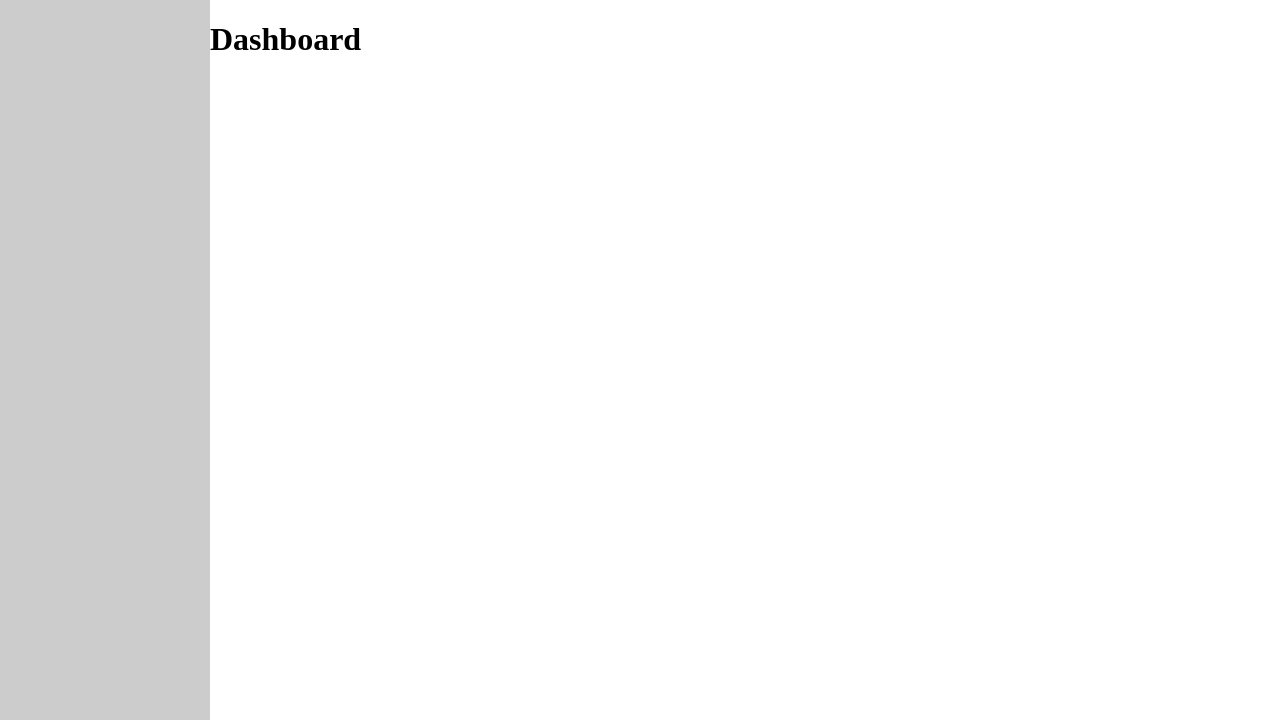
Repository: itmier/tmier-easy-demo
Page: /#/dashboard
These files come from the project's save history. The page is drawn as it stood at one moment and after a run of saves; the edit follows.
The browser window is 1280 px wide. The pictures show the whole page.
The project was rebuilt for these pictures with package versions that can differ from the ones it lists, and the page was loaded fresh each time. Also part of the build but not shown: vue.config.js, src/utils/request.js, src/api/user.js, src/views/login/index.vue, src/layout/components/SideBar.vue, src/layout/components/AppMain.vue, src/layout/components/NavHeader.vue.

Above is the page before, as saved 2020-08-06 14:19:49.

### src/main.js
/*
 * @Author: Tmier
 * @Date: 2020-08-05 15:00:55
 * @LastEditTime: 2020-08-06 09:07:47
 * @Description:
 */
import Vue from 'vue'
import App from './App.vue'
import router from './router'
import store from './store'
import '@/plugins'

Vue.config.productionTip = false

new Vue({
  router,
  store,
  render: h => h(App)
}).$mount('#app')

### src/App.vue
<!--
 * @Author: Tmier
 * @Date: 2020-08-05 15:00:55
 * @LastEditTime: 2020-08-06 09:53:09
 * @Description:
-->
<template>
  <div id="app">
    <router-view/>
  </div>
</template>

<style lang="less">
</style>

### src/router/index.js
/*
 * @Author: Tmier
 * @Date: 2020-08-05 15:00:55
 * @LastEditTime: 2020-08-06 14:16:02
 * @Description:
 */
import Vue from 'vue'
import VueRouter from 'vue-router'
import Login from '@/views/login'
import Dashboard from '@/views/dashboard'
import Layout from '@/layout'

Vue.use(VueRouter)

const routes = [
  {
    path: '/login',
    name: 'login',
    component: Login,
  },
  {
    path: '/',
    name: 'layout',
    redirect: {
      name: 'login'
    },
    component: Layout,
    children: [{
      path: 'dashboard',
      name: 'dashboard',
      component: Dashboard

    }]
  }
]

const router = new VueRouter({
  routes
})

export default router

### src/plugins/index.js
/*
 * @Author: Tmier
 * @Date: 2020-08-06 09:04:55
 * @LastEditTime: 2020-08-06 10:50:44
 * @Description:
 */
//  默认核心
import Vue from "vue"; //Vue引入
// UI
import ElementUI from 'element-ui';
import {Message} from 'element-ui'
// CSS
import 'element-ui/lib/theme-chalk/index.css';
import 'normalize.css/normalize.css'
import 'assets/css/reset.css'
// 注册使用
Vue.use(ElementUI);

// 继承使用
Vue.prototype.$message = Message

### src/views/dashboard/index.vue
<!--
 * @Author: Tmier
 * @Date: 2020-08-05 15:48:08
 * @LastEditTime: 2020-08-05 15:48:34
 * @Description:
-->
<template>
  <div class>
    <h1>Dashboard</h1>
  </div>
</template>

<script>
//import x from ''
export default {
  components: {},
  data() {
    return {};
  },
  computed: {},
  methods: {},
};
</script>

<style lang='less' scoped>
//@import url()
</style>

### src/layout/index.vue
<!--
 * @Author: Tmier
 * @Date: 2020-08-06 11:40:36
 * @LastEditTime: 2020-08-06 14:19:49
 * @Description:
-->
<template>
  <div class="layout">
    <div class="layout-sliderbar">

    </div>
    <router-view />
  </div>
</template>

<script>
//import x from ''
import SideBar from "@/layout/components/SideBar";
import AppMain from "@/layout/components/AppMain";
import NavHeader from "@/layout/components/NavHeader";
export default {
  name: "layout",
  components: {
    SideBar,
    AppMain,
    NavHeader,
  },
  data() {
    return {};
  },
  computed: {},
  methods: {},
};
</script>

<style lang='less' scoped>
//@import url()
.layout {
  height: 100%;
  display: flex;

  .layout-sliderbar {
    height: 100%;
    width: 210px;
    background: #ccc;
  }
}
</style>

### src/assets/css/reset.css
#app {
    height: 100%;
}

body {
    height: 100%;
}

html {
    height: 100%;
    box-sizing: border-box;
}

Loaded but not shown: public/index.html (common file); src/store/index.js (common file)

After the next 2 saves:
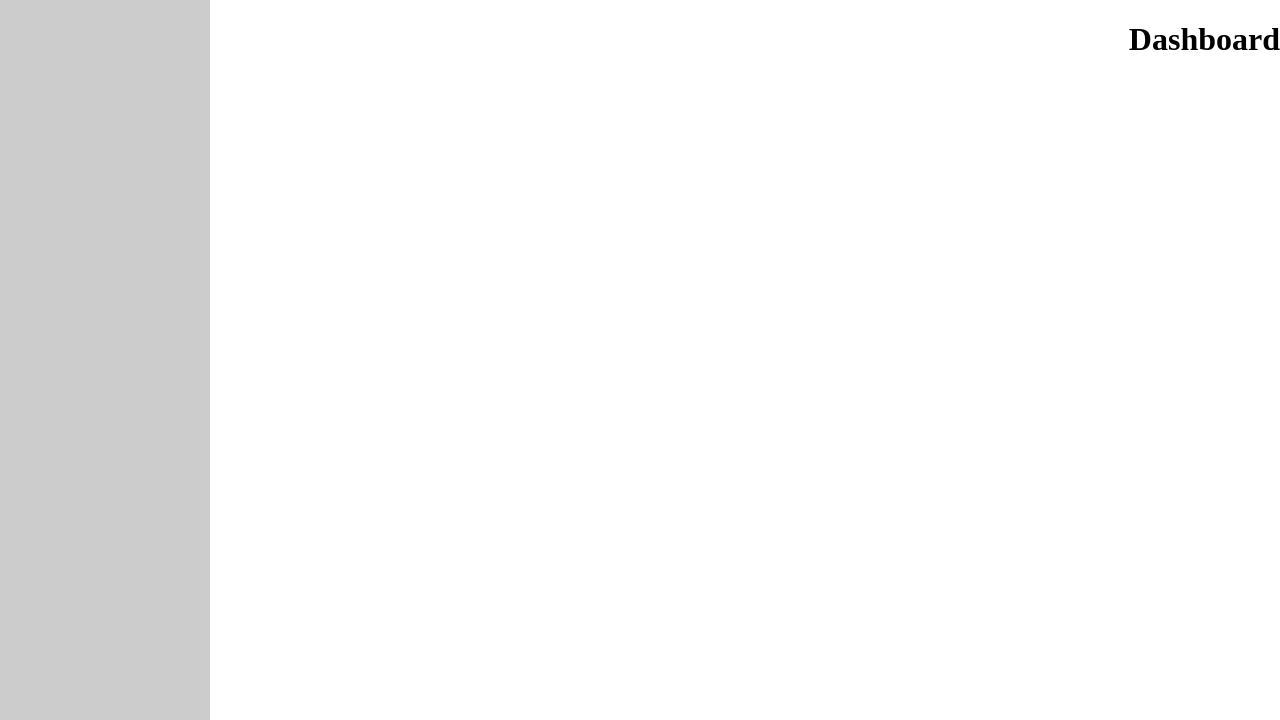
The 2 saves are shown as one change because they came seconds apart.
The last was saved 73 s later.
--- a/src/layout/index.vue
+++ b/src/layout/index.vue
@@ -1,12 +1,14 @@
 <!--
  * @Author: Tmier
  * @Date: 2020-08-06 11:40:36
- * @LastEditTime: 2020-08-06 14:19:49
+ * @LastEditTime: 2020-08-06 14:21:01
  * @Description:
 -->
 <template>
   <div class="layout">
     <div class="layout-sliderbar">
+    </div>
+    <div class="layout-container">
 
     </div>
     <router-view />
@@ -44,5 +46,8 @@
     width: 210px;
     background: #ccc;
   }
+  .layout-container {
+    flex:1;
+  }
 }
 </style>

After the save that followed:
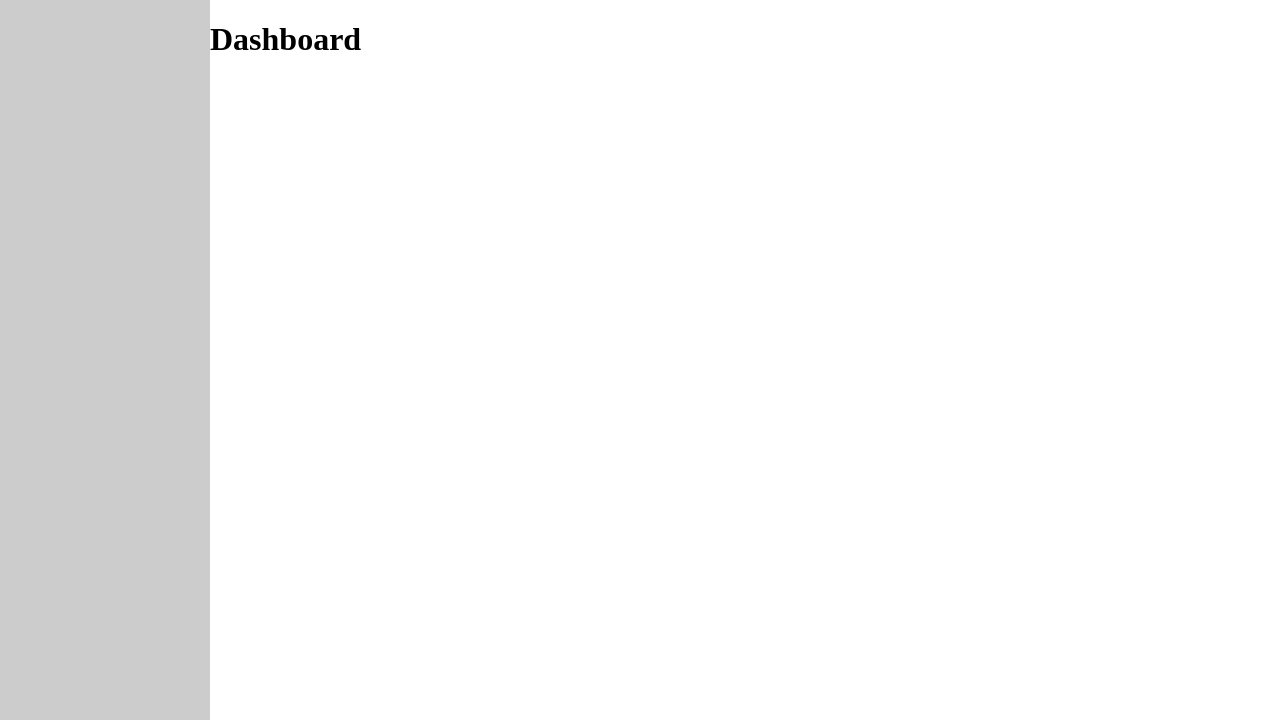
Saved 15 s later.
--- a/src/layout/index.vue
+++ b/src/layout/index.vue
@@ -1,17 +1,15 @@
 <!--
  * @Author: Tmier
  * @Date: 2020-08-06 11:40:36
- * @LastEditTime: 2020-08-06 14:21:01
+ * @LastEditTime: 2020-08-06 14:21:17
  * @Description:
 -->
 <template>
   <div class="layout">
-    <div class="layout-sliderbar">
+    <div class="layout-sliderbar"></div>
+    <div class="layout-container">
+      <router-view />
     </div>
-    <div class="layout-container">
-
-    </div>
-    <router-view />
   </div>
 </template>
 
@@ -47,7 +45,7 @@
     background: #ccc;
   }
   .layout-container {
-    flex:1;
+    flex: 1;
   }
 }
 </style>
